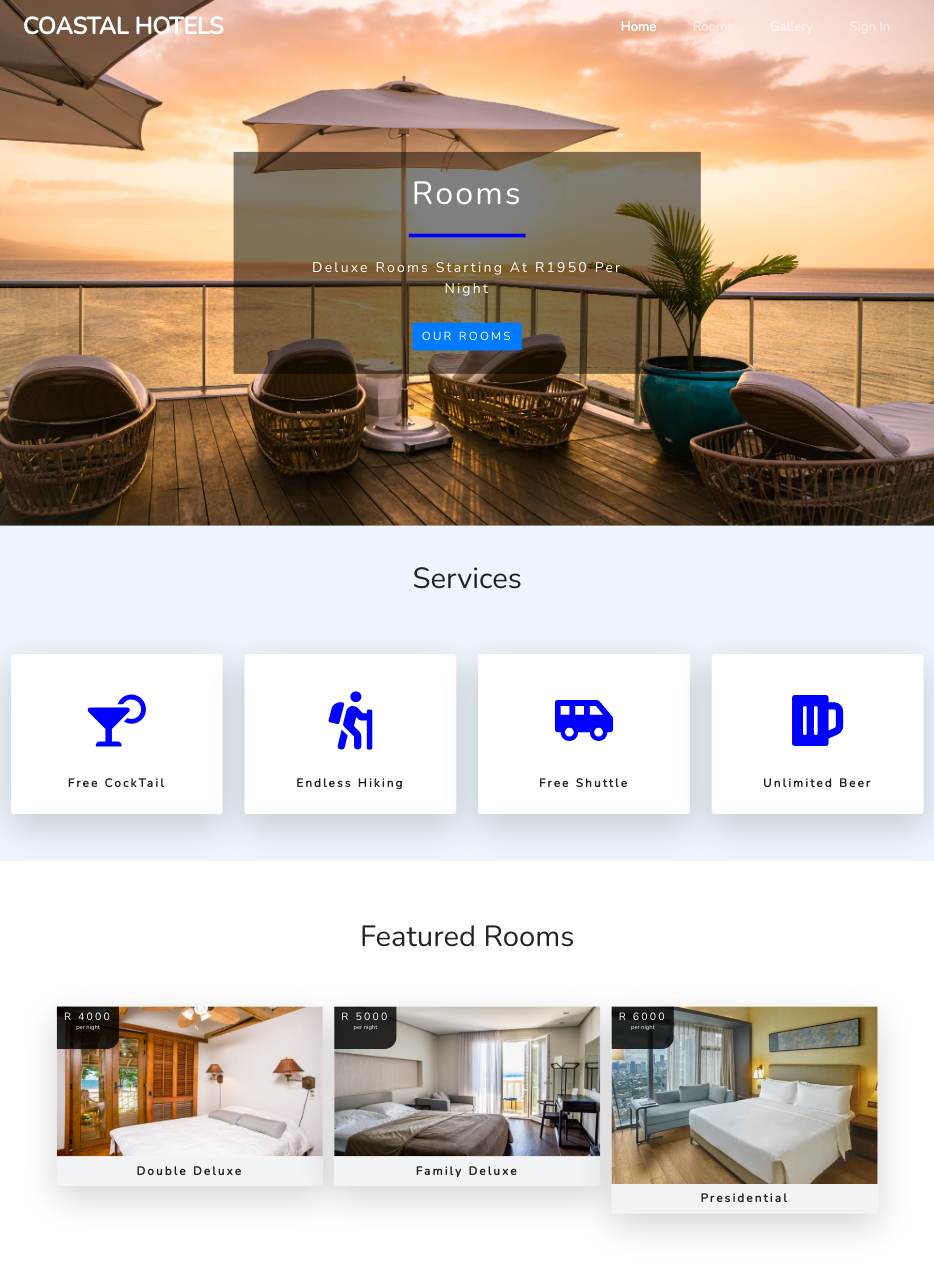
Repository: tebo27cMd/hotel
Page: /
The author's editor kept a copy of each file at every save. The page is drawn from the files as they stood at one save, then again after a run of saves.
The browser window is 1280 px wide. The pictures show the whole page, at 73% of full size.
The project was rebuilt for these pictures with package versions that can differ from the ones it lists, and the page was loaded fresh each time. Also part of the build but not shown: src/components/RoomsFilter.jsx, src/components/RoomsList.jsx, src/components/RoomsContainer.jsx, src/pages/Rooms.jsx, src/components/StyledHero.jsx, src/firebase.js, src/pages/SingleRoom.jsx, src/pages/Error.jsx and 7 more.

Above is the page before, as saved 2022-11-16 13:29:50.

### public/index.html
<!DOCTYPE html>
<html lang="en">
  <head>
    <meta charset="utf-8" />
    <link rel="icon" href="%PUBLIC_URL%/favicon.ico" />
    <meta name="viewport" content="width=device-width, initial-scale=1" />
    <meta name="theme-color" content="#000000" />
    <meta
      name="description"
      content="Web site created using create-react-app"
    />
    <link rel="apple-touch-icon" href="%PUBLIC_URL%/logo192.png" />
    <link rel="manifest" href="%PUBLIC_URL%/manifest.json" />
    <title>Hotel Booking App</title>
    <link href="https://fonts.googleapis.com/css2?family=Nunito&display=swap" rel="stylesheet">
  </head>
  <body>
    <noscript>You need to enable JavaScript to run this app.</noscript>
    <div id="root"></div>
  </body>
</html>

### src/index.js
import React from 'react';
import ReactDOM from 'react-dom';
import App from './App';
import './index.css'
import * as serviceWorker from './serviceWorker';
import {RoomProvider} from './context'


ReactDOM.render(
  <React.StrictMode>
  <RoomProvider>
     <App />
  </RoomProvider>
  </React.StrictMode>,
  document.getElementById('root')
);

serviceWorker.unregister();

### src/App.js
import React from 'react';
import './App.css';
import '../node_modules/bootstrap/dist/css/bootstrap.min.css';
import '../node_modules/bootstrap/dist/js/bootstrap.min.js';
import { BrowserRouter,Route,Switch } from 'react-router-dom';
import Home from './pages/Home';
import Rooms from './pages/Rooms';
import SingleRoom from './pages/SingleRoom';
import Error from './pages/Error';
import Navbar from './components/Navbar';
import About from './pages/About';
// import Footer from './components/Footer';
import Contact from './pages/Contact';
import Booknow from './pages/Booknow';
// import Login from './pages/Login';
// import Register from './pages/Register';
import Payment from './pages/Payments';
import Gallery from './pages/gallery';

function App() {
  return (
    <div className="App">
      <BrowserRouter>
        <Navbar/>
        <Switch>
          {/* <Route exact path="/" component={Login}/> */}
          <Route exact path="/" component={Home} />
          <Route path="/about" component={About} />
          <Route path="/contact" component={Contact} />
          <Route path="/rooms/:id" component={SingleRoom} />
          <Route path="/rooms/" component={Rooms}/>
          <Route path="/booknow/:id" component={Booknow} />
          <Route path='/payments' component={Payment}/>
          <Route path='/gallery' component={Gallery}/>
          {/* <Route path='/login' component={Login}/>
          <Route path='/register' component={Register}/> */}
          <Route component={Error}/>
        </Switch>
        {/* <Footer/> */}
      </BrowserRouter>
    </div>
  );
}

export default App;

### src/App.css
@import url('https://fonts.googleapis.com/css2?family=Nunito&display=swap');
body {
  margin: 0;
  padding: 0;
  font-family: 'Nunito', sans-serif;
}
* {
  margin: 0;
  padding: 0;
  box-sizing: border-box;
}
:root {
  --primaryColor: #0000ff;
  --mainWhite: #fff;
  --offWhite: #f7f7f7;
  --mainBlack: #222;
  --mainGrey: #ececec;
  --darkGrey: #cfcfcf;
  --mainTransition: all 0.3s linear;
  --mainSpacing: 3px;
  --lightShadow: 2px 5px 3px 0px rgba(0, 0, 0, 0.5);
  --darkShadow: 4px 10px 5px 0px rgba(0, 0, 0, 0.5);
}
/* globals */
h1 {
  font-size: 3em;
  line-height: 1;
  margin-bottom: 0.5em;
}
h2 {
  font-size: 2em;
  margin-bottom: 0.75em;
}
h3 {
  font-size: 1.5em;
  line-height: 1;
  margin-bottom: 1em;
}
h4 {
  font-size: 1.2em;
  line-height: 1.25;
  margin-bottom: 1.25em;
}
h5 {
  font-size: 1em;
  font-weight: bold;
  margin-bottom: 1.5em;
}
h6 {
  font-size: 1em;
  font-weight: bold;
  margin-bottom: 1.5em;
}

.btn-primary {
  display: inline-block;
  text-decoration: none;
  letter-spacing: var(--mainSpacing);
  color: var(--mainBlack);
  background: var(--primaryColor);
  padding: 0.4rem 0.9rem;
  border: 3px solid var(--primaryColor);
  transition: var(--mainTransition);
  text-transform: uppercase;
  cursor: pointer;
}
.btn-warning {
  display: inline-block;
  text-decoration: none;
  letter-spacing: var(--mainSpacing);
  color: var(--mainBlack);
  background: var(--primaryColor);
  padding: 0.4rem 0.9rem;
  border: 3px solid var(--primaryColor);
  transition: var(--mainTransition);
  text-transform: uppercase;
  cursor: pointer;
}
.btn-primary:hover{
  text-decoration: none;
  background: transparent!important;
  color: #fff!important;
}
.btn-warning:hover{
  text-decoration: none;
  background: transparent!important;
  color: yellow!important;
}
.loading {
  text-transform: capitalize;
  text-align: center;
  margin-top: 3rem;
}
.roomerror{
  margin-top: 100px;
}
.roomerror:hover .error{
  background-color: #2C3E50;
  color: #ffffff!important;
}
.error {
  text-align: center;
  text-transform: uppercase;
  margin: 2rem 0;
}
.empty-search {
  text-align: center;
  text-transform: capitalize;
  margin: 2rem 0;
  padding: 1rem;
  letter-spacing: var(--mainSpacing);
}

/* end of globals */
/* Navbar */
.nav-link{
  padding: 8px 15px;
  margin-left: 10px;
  margin-right: 20px;
  font-size: 18px;
  text-align: center;
  border: 2px solid transparent;
  transition: .5s linear;
  font-weight: 800;
  -webkit-transition: .5s linear;
  -moz-transition: .5s linear;
  -ms-transition: .5s linear;
  -o-transition: .5s linear;
}
.bg-transparent.scrolled {
  background-color: black!important;
  transition:500ms ease;
}

.navbar-brand{
  font-size: 32px!important;
  color: #ffffff!important;
}
.nav-link:hover{
  color: #ffffff;
  border-bottom: 2px solid #ffffff;
}
.nav-link.active_class{
color: #ffffff;
border: 2px solid #ffffff;
font-weight: 800;
}

.form-control{
border: 2px solid #000;
}
.form-control:focus,
.form-control.active {
  border: 2px solid #000000!important;
}
textarea:focus,
textarea.form-control:focus,
input.form-control:focus,
input[type=text]:focus,
input[type=password]:focus,
input[type=email]:focus,
input[type=number]:focus,
[type=text].form-control:focus,
[type=password].form-control:focus,
[type=email].form-control:focus,
[type=tel].form-control:focus,
[contenteditable].form-control:focus {
box-shadow: inset 0 -1px 0 #ddd;
}


/* end of navbar */
/* Hero */
.defaultHero,
.roomsHero {
  min-height: calc(100vh - 0px);
  background: url("./images/bg1.jpeg") center/cover no-repeat;
  display: flex;
  align-items: center;
  justify-content: center;
  position: relative;
}
.roomsHero {
  background-image: url("./images/room-2.jpg");
  min-height: calc(100vh - 0px);
}
.singleRoom {
  background-image: url("./images/room-3.jpeg");
  min-height: calc(100vh - 0px);
}
.roomsError{
  background-image: url("./images/error.jpg");
  min-height: calc(100vh - 0px);
}
.lost{
  font-size: 44px;
  color: yellow;
  text-align: center;
}
/* End of Hero */
/* Banner */
.banner {
  display: inline-block;
  position: absolute!important;
  background: rgba(0, 0, 0, 0.5)!important;
  color: var(--mainWhite);
  text-align: center;
  text-transform: capitalize;
  letter-spacing: var(--mainSpacing);
  top: 50%;
  left: 50%;
  transform: translate(-50%, -50%);
}
.banner h1 {
  font-size: 44px!important;
}
.banner div {
  width: 10rem;
  height: 5px;
  background: var(--primaryColor);
  margin: 1.7rem auto;
}
.banner p {
  font-size: 1.2rem;
  margin-bottom: 2rem;
}
@media screen and (max-width: 576px) {
  .banner {
    padding: 2rem 3rem!important
  }
  .banner h1 {
    font-size: 32px!important;
  }
}
@media screen and (min-width: 992px) {
  .banner {
    padding: 2rem 6rem;
  }
  .banner h1 {
    font-size: 4rem;
  }
}
/* End of Banner */
/* Title */
.section-title {
  text-align: center;
  margin-bottom: 4rem;
}
.section-title h4 {
  font-size: 2rem;
  letter-spacing: var(--mainSpacing);
  text-transform: capitalize;
  margin-bottom: 1rem;
}
.section-title div {
  width: 5rem;
  height: 5px;
  margin: 0 auto;
  background: var(--primaryColor);
}
/* end of Title */

/* services */
.services {
  padding: 3rem 0;
}
.services {
  background: #EBF5FB;
  text-align: center;
}

.service span {
  display: inline-block;
  color: var(--primaryColor);
  font-size: 80px;
  margin-bottom: 1.5rem;
  transition: 1s linear;
  -webkit-transition: 1s linear;
  -moz-transition: 1s linear;
  -ms-transition: 1s linear;
  -o-transition: 1s linear;
}
.services span:hover{
  transform: rotate(360deg);
  -webkit-transform: rotate(360deg);
  -moz-transform: rotate(360deg);
  -ms-transform: rotate(360deg);
  -o-transform: rotate(360deg);
}
.services h6 {
  letter-spacing: var(--mainSpacing);
  font-weight: 1000;
  text-transform: capitalize;
}
.services p {
  width: 80%;
  margin: 0 auto;
}
@media screen and (min-width: 992px) {
  .services-center {
    width: 95vw;
    max-width: 1170px;
  }
}

@media screen and (min-width: 1200px) {
  .services p {
    width: 100%;
  }
}
/*end of services */
/* featured rooms */

.featured-rooms {
  padding: 5rem 0;
}

/* end pf featured rooms */
/* room */
.room {
  transition: 0.4s linear;
  -webkit-transition: 0.4s linear;
  -moz-transition: 0.4s linear;
  -ms-transition: 0.4s linear;
  -o-transition: 0.4s linear;
  position: relative;
}
.room:hover {
  box-shadow: 0px 9px 18px rgba(0, 0, 0, 0.5)!important;
}

.price-top {
  position: absolute;
  top: 0;
  left: 0;
  background: rgba(0, 0, 0, 0.8);
  color: var(--mainWhite);
  padding: 0.3rem 0.6rem 0.5rem;
  border-bottom-right-radius: 1rem;
  font-size: 0.5rem;
  text-align: center;
  transition: 0.4s linear;
  -webkit-transition: 0.4s linear;
  -moz-transition: 0.4s linear;
  -ms-transition: 0.4s linear;
  -o-transition: 0.4s linear;
}
.price-top h6 {
  margin-bottom: 0;
  font-size: 0.9rem;
  font-weight: 300;
  letter-spacing: var(--mainSpacing);
}
.room-link {
  position: absolute;
  bottom: 0;
  right: 0;
  opacity: 0;
  transition: all 0.3s linear;
}
.room:hover {
  background: rgba(0, 0, 0, 0.8);
}
.room:hover img {
  opacity: 0.3;
}
.room:hover .price-top {
  opacity: 0;
}
.room:hover .room-link {
  opacity: 1;
  transform: translate(-90%, -200%) scale(1);
  -webkit-transform: translate(-90%, -200%) scale(1);
  -moz-transform: translate(-90%, -200%) scale(1);
  -ms-transform: translate(-90%, -200%) scale(1);
  -o-transform: translate(-90%, -200%) scale(1);
}
.room-info {
  background: #F2F3F4;
  text-transform: capitalize;
  padding: 0.5rem 0;
  text-align: center;
  font-weight: 700;
  letter-spacing: var(--mainSpacing);
  margin-bottom: 0;
}
/* end of room  */
/* single room*/

.single-room {
  padding: 5rem 0 0 0;
}
.single-room-images {
  width: 80vw;
  margin: 0 auto;
  display: grid;
  grid-template-columns: repeat(auto-fit, minmax(350px, 1fr));
  grid-row-gap: 2rem;
  grid-column-gap: 50px;
}
.single-room-images img {
  width: 100%;
  display: block;
}
.single-room-info {
  width: 80vw;
  display: grid;
  grid-template-columns: 1fr;
  margin: 2rem auto;
}
.desc,
.info {
  margin: 1rem 0;
}
.desc h3 {
  text-transform: capitalize;
  letter-spacing: var(--mainSpacing);
}
.desc p {
  line-height: 1.5;
}
.info h3,
.info h6 {
  text-transform: capitalize;
  letter-spacing: var(--mainSpacing);
}

.info h6 {
  font-weight: 300;
}
.room-extras {
  width: 80vw;
  margin: 0 auto 3rem auto;
}
.room-extras h6 {
  text-transform: capitalize;
  letter-spacing: var(--mainSpacing);
}
.extras {
  list-style-type: none;
  display: grid;
  grid-template-columns: repeat(auto-fit, minmax(330px, 1fr));
  grid-column-gap: 2rem;
  grid-row-gap: 1rem;
}
@media screen and (min-width: 992px) {
  .single-room-images,
  .single-room-info,
  .room-extras {
    width: 95vw;
    max-width: 1170px;
  }
  .single-room-info {
    display: grid;
    grid-template-columns: 1fr 1fr;
    grid-column-gap: 2rem;
  }
  .info {
    padding-left: 3rem;
  }
}
/* end of single room*/
/* roomlist */
.roomslist {
  padding: 5rem 0;
}
.roomslist-center {
  width: 80vw;
  margin: 0 auto;
  display: grid;
  grid-template-columns: repeat(auto-fill, minmax(270px, 1fr));
  grid-row-gap: 2rem;
  grid-column-gap: 30px;
}

@media screen and (min-width: 776px) {
  .roomslist-center {
    width: 90vw;
  }
}
@media screen and (min-width: 992px) {
  .roomslist-center {
    width: 95vw;
    max-width: 1170px;
  }
}
/* end of roomlist */
/*  rooms fitler*/
/* .filter-container {
  padding: 5rem 0;
}

.form-group {
  text-transform: capitalize;
}
.form-group label {
  display: block;
  letter-spacing: var(--mainSpacing);
  margin-bottom: 0.5rem;
} */

.single-extra label {
  display: inline-block;
  font-size: 0.8rem;
  margin-left: 0.5rem;
}

/* end of rooms fitler*/

/* aboutus */

.aboutus,.contact{
  margin-top: 100px!important;
}
.about_company,.team{
  padding: 60px 30px;
}
.about_info{
  letter-spacing: 40;
}
.carousel-inner{
  min-height: 400px!important;
  max-height: 400px!important;
}
.connect{
  font-size: 44px!important;
  padding: 5px 8px;
}
/*  */
.container-log{
  display: flex;
  width: 100vw;
  height: 100vh;
  background:url(./images/back.jpg);
  background-size: cover;
justify-content: center;
}


.details{
  padding-top: 200px;
  content:center ;
  /* place-content: ; */
}

.put{
  width:50px;
  font-size: 20px;
  margin-top:10px;
  padding-right: 30px;
}

.put label{
 width: 500px;
 /* height: 100px; */
 font-size: 0.9em;
}

#det{
  width: 300px;
  height: 30px;
  border-radius: 10px;
  border: 1px solid rgb(110, 9, 177);
}

.btn-login{
  display: flex;
  font-size: 19px;
  border-radius:9px;
  color:white;
  background: rgb(255, 98, 0);
  box-shadow:  black 0px 15px 12px;
  outline: none;
  cursor: pointer;
  margin-top: 20px;
  width: 60px;


}
.acc{
  display: flex;
  flex-direction: row;
}

.acc span{
  padding-top:15px;
}
.btnl{
  display: flex;
  justify-content: center;
}


.containerreg{

  padding-top: 200px;
  display: grid;
  background:url(./images/back.jpg);
  background-size: cover;
}

.input{
  width:300px;
  margin-bottom:5px ;
}
#input{
  height: 40px;
  width: 350px;
  border-radius:10px;
  border: 1px solid rgb(110, 9, 177);
}

.input label{
  font-size: 1.1em;
}

.Register{
  background-size: cover;
  display: flex;
  flex-direction: column;
  align-items: center;
  width: 400px;
  margin:auto;
}

.btn-reg{
  display: flex;
  font-size: 20px;
  border-radius:25px;
  color:white;
  background: blue;
  box-shadow:  black 0px 15px 12px;
  outline: none;
  cursor: pointer;
  transition: all 0.1s;


}

### src/pages/Home.jsx
import React from 'react'
import Hero from '../components/Hero';
import Banner from '../components/Banner';
import { Link } from 'react-router-dom';
import Services from '../components/Services';
import FeaturedRooms from '../components/FeaturedRooms';

export default function Home() {
    return (
        <>
        <Hero hero="defaultHero">
        </Hero>
        <Banner title="Rooms" subtitle="deluxe rooms starting at R1950 per night">
                <Link to="/rooms" className="btn btn-primary">
                      Our Rooms
                </Link>
        </Banner>
        <Services/>
        <FeaturedRooms/>
        </>

    )
}

### src/components/Navbar.jsx
import React from 'react';
import {NavLink} from 'react-router-dom';
import { FaAlignRight } from 'react-icons/fa';
import jquery from 'jquery';

// for changing navbar  color
jquery(window).scroll(function() {
jquery('nav').toggleClass('scrolled', jquery(this).scrollTop() > 0);
})

const Navbar = () => {
    return (
    <>
        <nav className="navbar navbar-expand-sm navbar-dark bg-transparent py-2 fixed-top">
            <div className="container-fluid ">
                <span className="navbar-brand font-weight-bolder">COASTAL HOTELS</span>
                <a href="void(0)" className="navbar-toggler border-0" data-toggle="collapse" data-target="#navbarSupportedContent" aria-controls="navbarSupportedContent" aria-expanded="false" aria-label="Toggle navigation">
                    <span>
                        <FaAlignRight className="nav-icon" /></span>
                </a>
                <div className="collapse navbar-collapse" id="navbarSupportedContent">
                    <ul className="navbar-nav ml-auto">
                        <li className="nav-item">
                            <NavLink className="nav-link"   to="/">Home</NavLink>
                        </li>
                        <li className="nav-item">
                            <NavLink className="nav-link"   to="/rooms">Rooms</NavLink>
                        </li>
                        <li className="nav-item">
                            <NavLink className="nav-link"   to="/Gallery">Gallery</NavLink>
                        </li>
                        <li className="nav-item">
                            <NavLink className="nav-link"   to="/login">Sign In</NavLink>
                        </li>
                    </ul>
                </div>
            </div>
        </nav>
    </>
    );
}
export default Navbar;

### src/components/Hero.jsx
import React from 'react'

export default function Hero({childern, hero}) {
    return <header className={hero}>{childern}</header>;

}

Hero.defaulProps ={
    hero:"defaultHero"
};

### src/components/Banner.jsx
import React from 'react'

export default function Banner({ children , title , subtitle  }) {
    return (
        <div className="banner">
            <h1>{title}</h1>
            <div/>
            <p>{subtitle}</p>
             {children}
        </div>
    )
}

### src/components/Services.jsx
import React, { Component } from 'react'
import Title from './Title'
import {FaCocktail, FaHiking , FaShuttleVan,FaBeer} from 'react-icons/fa'

export default class Services extends Component {
    state={
        services:[
            {
                icon:<FaCocktail/>,
                title: "Free CockTail",

            },
            {
                icon:<FaHiking/>,
                title: "Endless Hiking",

            },
            {
                icon:<FaShuttleVan/>,
                title: "Free Shuttle",

            },
            {
                icon:<FaBeer/>,
                title: "Unlimited Beer",

            },

        ]
    }
    render() {
        return (
            <div className="container-fluid services">
             <Title title="Services" />
                <div className="row">
                   {this.state.services.map((item, index) => {
                      return(
                        <div className="col-md-4 col-lg-3 col-12 mx-auto my-3" key={index}>
                            <div className="card shadow-lg border-0 p-4">
                                <article className="service">
                                <span>{item.icon}</span>
                                <h6>{item.title}</h6>
                                <p>{item.info}</p>
                                </article>
                           </div>
                        </div>
                      )
                   })}
                </div>
            </div>
        )
    }
}

### src/components/FeaturedRooms.jsx
import React, { Component } from 'react'
import { RoomContext } from '../context'
import Loading from './Loading';
import Room from './Room';
import Title from './Title';

export default class FeaturedRooms  extends Component {
    static contextType = RoomContext;
    render() {
        let { loading, featuredRooms : rooms } = this.context;
        console.log(rooms);
        rooms = rooms.map(room => {
            return <Room key={room.id} room={room}/>
        });
        return (

            <section className="featured-rooms container">
                <Title  title="Featured Rooms" />
                <div className="row">
                  {loading ? <Loading/> : rooms}
                </div>
            </section>
        )
    }
}

### src/components/Title.jsx
import React from 'react'

export default function Title({title}) {
    return (
        <div className="section-title">
            <h1>{title}</h1>
            {/* <div/> */}
        </div>
    )
}

### src/components/Loading.js
import React from 'react'
import loadingGif from '../images/gif/loading-arrow.gif';
export default function Loading() {
    return (
        <div className="loading">
           <h4>Rooms data loading...</h4>
           <img  src={loadingGif} alt="loading please wait"/>
        </div>
    )
}

### src/components/Room.jsx
import React from 'react';
import {Link} from 'react-router-dom';
import defaultImg from '../images/room-1.jpeg';
import PropTypes from 'prop-types';

export default function Room({room}) {
    const { name , id, images, price } = room;
    return (
        <div className="col-md-4 col-12 mx-auto p-2">
            <div className="card shadow-lg border-0 room">
                <img src={images[0] || defaultImg} alt="single room" className="img-fluid"/>
                <div className="price-top">
                    <h6>R {price}</h6>
                    <p>per night</p>
                </div>
                <Link to={`/rooms/${id}`} className="btn-warning room-link text-center" >Features</Link>
              <p className="room-info">{name}</p>
            </div>
        </div>
    )
}

Room.propTypes = {
    room: PropTypes.shape({
        name:PropTypes.string.isRequired,
        id:PropTypes.string.isRequired,
        images:PropTypes.arrayOf(PropTypes.string).isRequired,
        price:PropTypes.number.isRequired,
    })
}

Loaded but not shown: src/index.css (common file); src/serviceWorker.js (common file); src/data.js (760 lines, source omitted); src/context.js (116 lines, source omitted)

After the next 4 saves:
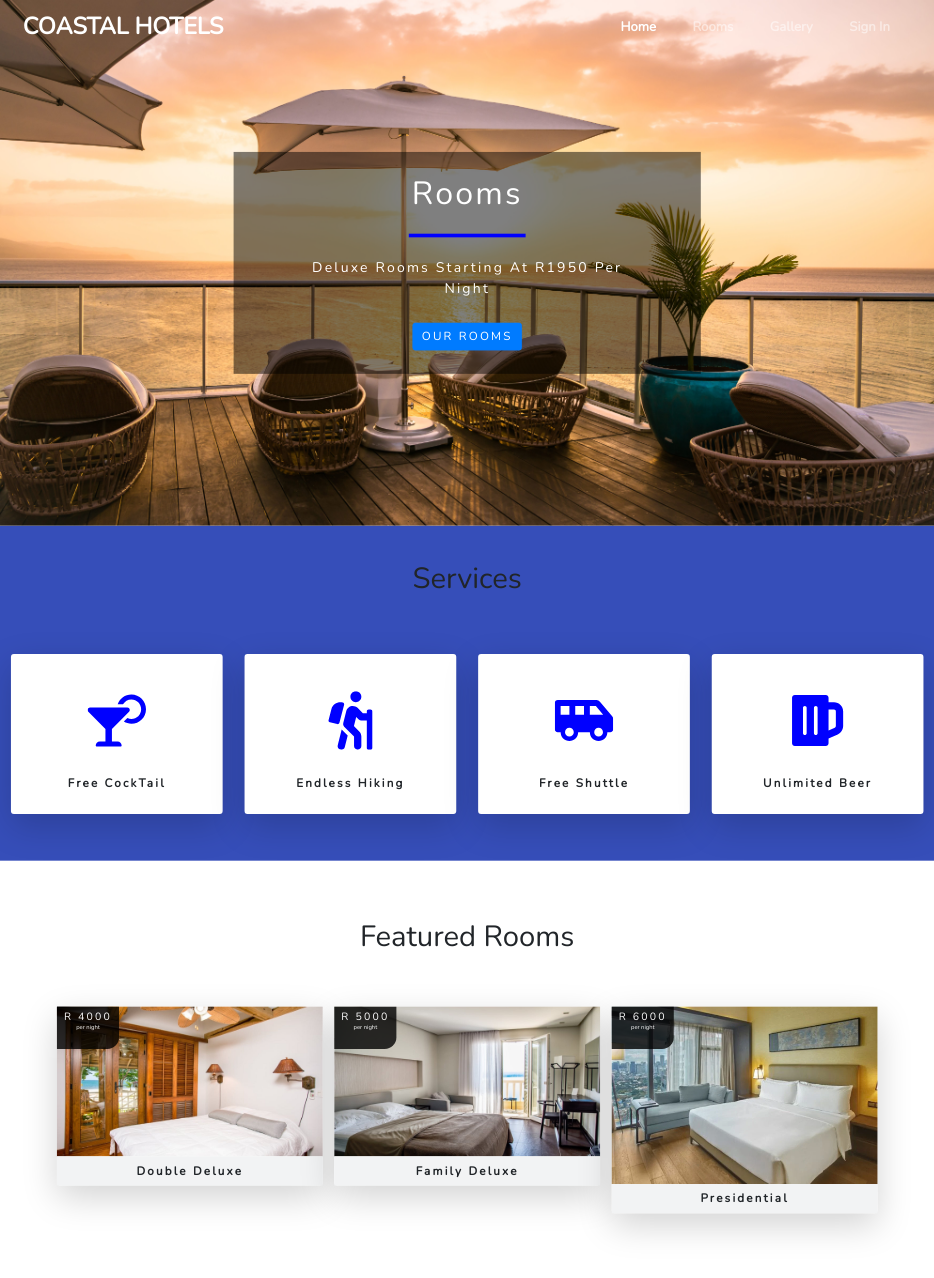
The 4 saves are shown as one change because they came seconds apart.
The last was saved 20 s later.
--- a/src/App.css
+++ b/src/App.css
@@ -265,7 +265,7 @@ box-shadow: inset 0 -1px 0 #ddd;
   padding: 3rem 0;
 }
 .services {
-  background: #EBF5FB;
+  background: #364EB9;
   text-align: center;
 }
 
